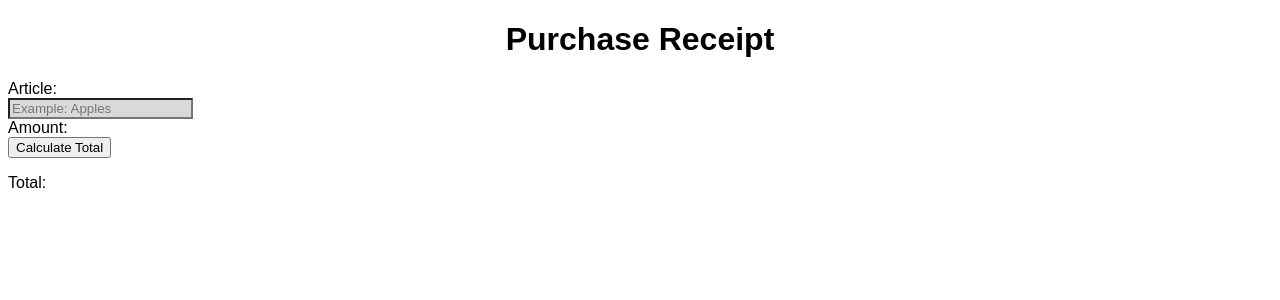
Repository: cokoduwa/js-study-group
Page: exercises/01/index.html
The author's editor kept a copy of each file at every save. The page is drawn from the files as they stood at one save, then again after the next save.
The browser window is 1280 px wide. The pictures show the whole page.

Above is the page before, as saved 2023-02-14 21:32:58.

### exercises/01/index.html
<!DOCTYPE html>
<html lang="en">
<head>
    <meta charset="UTF-8">
    <meta http-equiv="X-UA-Compatible" content="IE=edge">
    <meta name="viewport" content="width=device-width, initial-scale=1.0">
    <link rel="stylesheet" href="index.css">

    <title>Coding Warmer - E1 </title>
</head>
<body>


        <h1>Purchase Receipt</h1>


        <section>
            <div>
             <div>
                 <ion-label>Article:</ion-label>
             </div>
               <div>
                  <input placeholder="Example: Apples" id="description"/>
               </div>
            </div>

            <div>
                <div>
                    <ion-label>Amount:</ion-label>
                </div>
                <div>
                    <ion-input placeholder="Example: $3" id="amount"></ion-input>
                </div>
            </div>

            <div>
                <div>
                    <button>Calculate Total</button>
                </div>
            </div>

            <div>
                <div>
                    <ul id="ticket">
                        <!--List of ticket articles here-->
                    </ul>
                </div>
            </div>
            <p id="total">
                Total: <!--Total here-->
            </p>
        </section>

</body>
<script src="index.js"></script>
</html>

### exercises/01/index.css
body {
    font-family: Arial, Helvetica, sans-serif;
}

section {
    margin: 0 auto;
}

h1 {
    text-align: center;
}

input {
    background-color: #D9D9D9;
}

Loaded but not shown: exercises/01/index.js (no stored copy; drawn as an empty file)

After the next save:
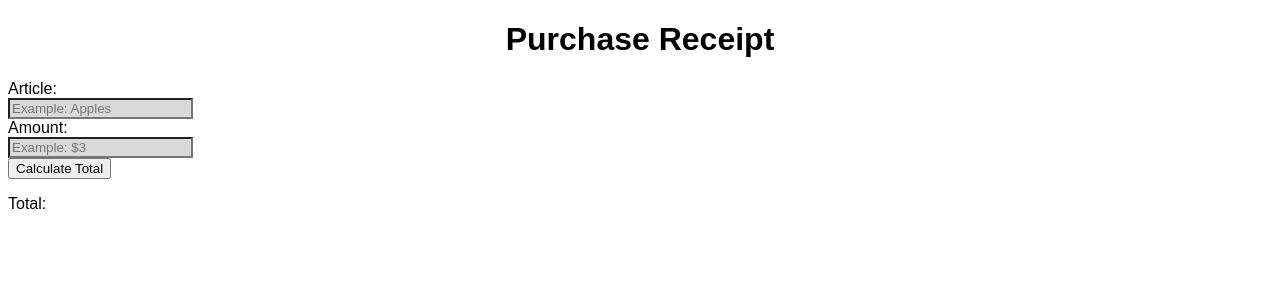
Saved 91 s later.
--- a/exercises/01/index.html
+++ b/exercises/01/index.html
@@ -29,7 +29,7 @@
                     <ion-label>Amount:</ion-label>
                 </div>
                 <div>
-                    <ion-input placeholder="Example: $3" id="amount"></ion-input>
+                    <input placeholder="Example: $3" id="amount"></input>
                 </div>
             </div>
 
